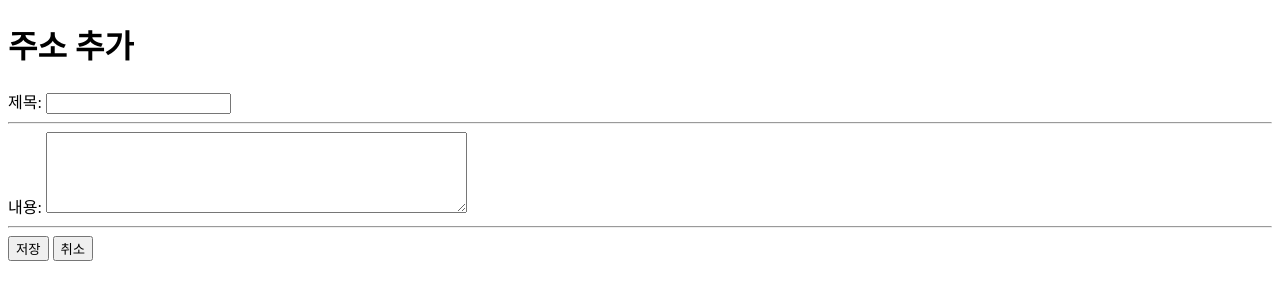
Repository: odasd/Ark-html
Page: http://localhost/ex20200413-2/insert.jsp
These files come from the project's save history. The page is drawn as it stood at one moment and after the next save; the edit follows.
The browser window is 1280 px wide. The pictures show the whole page.
The page is served by Tomcat 9.

Above is the page before, as saved 2020-04-13 06:36:01.

After the next save:
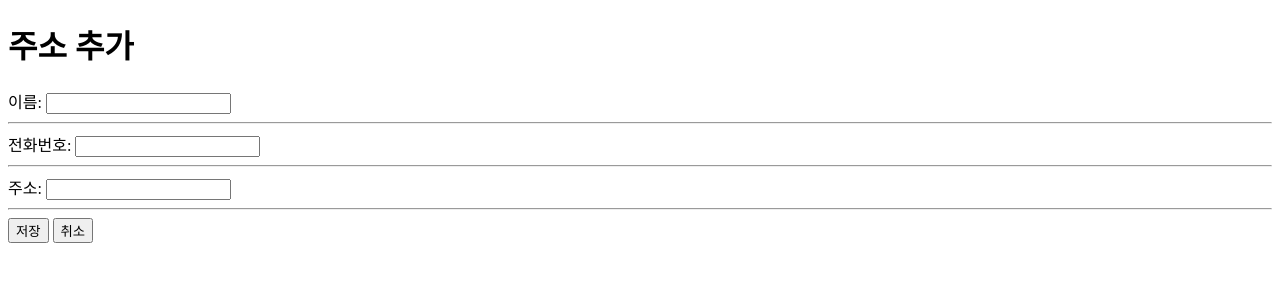
Saved 86 s later.
--- a/20200413/ex20200413-2/WebContent/insert.jsp
+++ b/20200413/ex20200413-2/WebContent/insert.jsp
@@ -4,14 +4,16 @@
 <html>
 <head>
 <meta charset="UTF-8">
-<title>글쓰기</title>
+<title>주소 추가</title>
 </head>
 <body>
 	<h1>주소 추가</h1>
 	<form action="sqlInsert.jsp">
-		제목: <input type="text" name="aname">
+		이름: <input type="text" name="aname">
 		<hr>
-		내용: <textarea rows="5" cols="50" name="tel,address"></textarea>
+		전화번호: <input type="text" name="tel">
+		<hr>
+		주소: <input type="text" name="address">
 		<hr>
 		<input type="submit" value="저장">
 		<input type="reset" value="취소">
